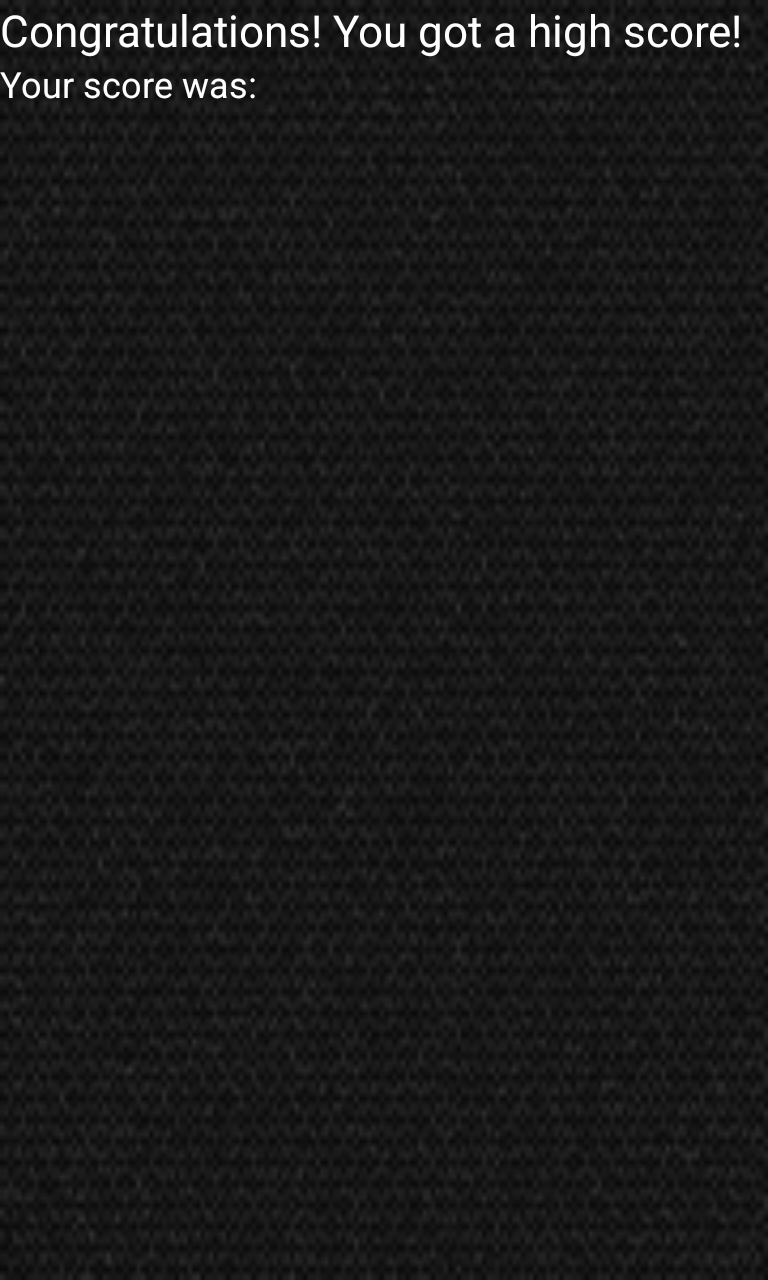
Repository: Tacohen/Killbots
Layout: Killbots/res/layout/add_score.xml
The author's editor kept a copy of each file at every save. The layout is drawn from the files as they stood at one save, then again after the next save.
It is drawn on a 768 x 1280 px phone screen (xhdpi) without system bars, with theme AppTheme; the app's code is not run.

Above is the layout before, as saved 2013-12-08 19:58:36.

### Killbots/res/layout/add_score.xml
<?xml version="1.0" encoding="utf-8"?>
<ScrollView xmlns:android="http://schemas.android.com/apk/res/android"
    android:layout_width="fill_parent"
    android:layout_height="fill_parent"
    android:background="@drawable/binding_dark"
    >
	<LinearLayout
    	android:orientation="vertical"
    	android:layout_width="fill_parent"
    	android:layout_height="fill_parent"
        android:stretchColumns="1">

		<TextView
		    android:id="@+id/congratsText"
		    android:layout_width="wrap_content"
		    android:layout_height="wrap_content"
		    android:text="Congratulations! You got a high score!"
		    android:textColor="#FFFFFF"
		    android:textAppearance="?android:attr/textAppearanceLarge" />

		<TextView
		    android:id="@+id/scoreTextCongrats"
		    android:layout_width="wrap_content"
		    android:layout_height="wrap_content"
		    android:text="Your score was: "
		    android:textColor="#FFFFFF"
		    android:textAppearance="?android:attr/textAppearanceMedium" />

	</LinearLayout>
</ScrollView>

Loaded but not shown: Killbots/res/values/styles.xml (common file); Killbots/res/values-v11/styles.xml (common file); Killbots/res/values-v14/styles.xml (common file)

After the next save:
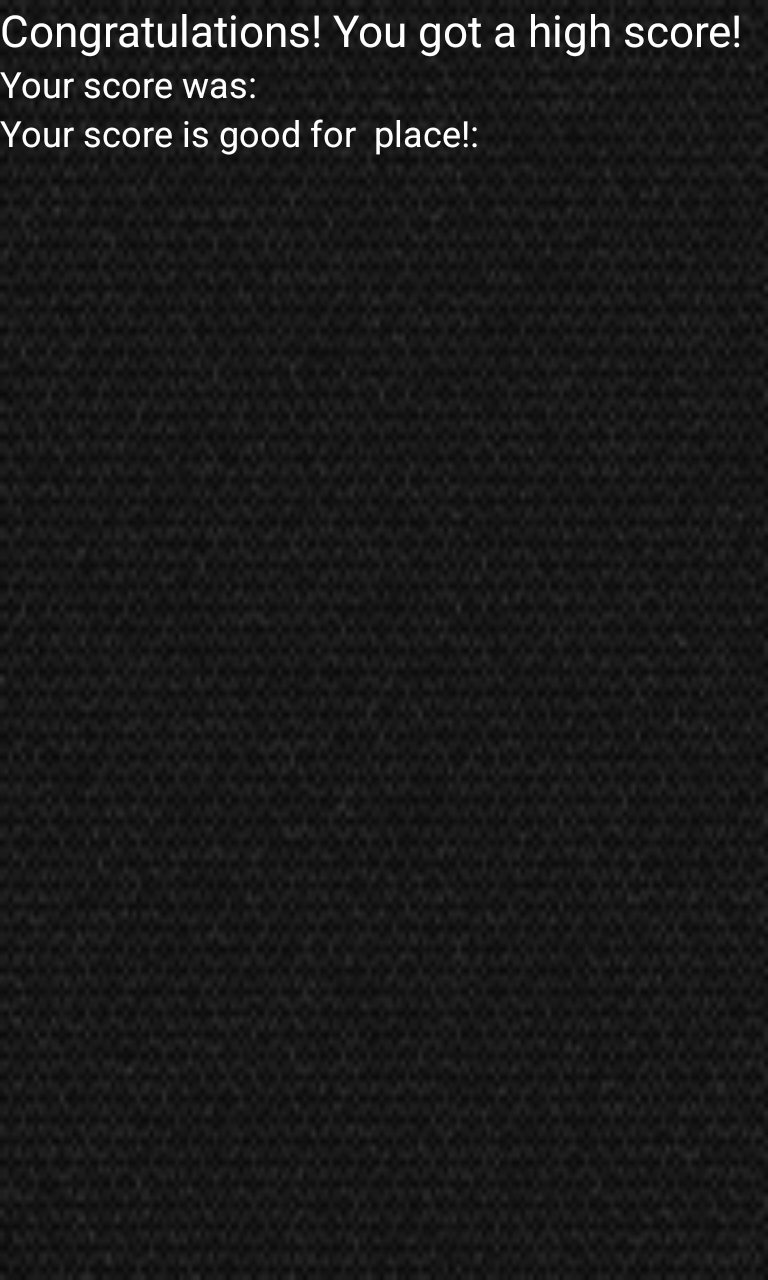
Saved 31 s later.
--- a/Killbots/res/layout/add_score.xml
+++ b/Killbots/res/layout/add_score.xml
@@ -25,6 +25,13 @@
 		    android:text="Your score was: "
 		    android:textColor="#FFFFFF"
 		    android:textAppearance="?android:attr/textAppearanceMedium" />
+		<TextView
+		    android:id="@+id/scoreTextCongrats"
+		    android:layout_width="wrap_content"
+		    android:layout_height="wrap_content"
+		    android:text="Your score is good for  place!: "
+		    android:textColor="#FFFFFF"
+		    android:textAppearance="?android:attr/textAppearanceMedium" />
 
 	</LinearLayout>
 </ScrollView>
